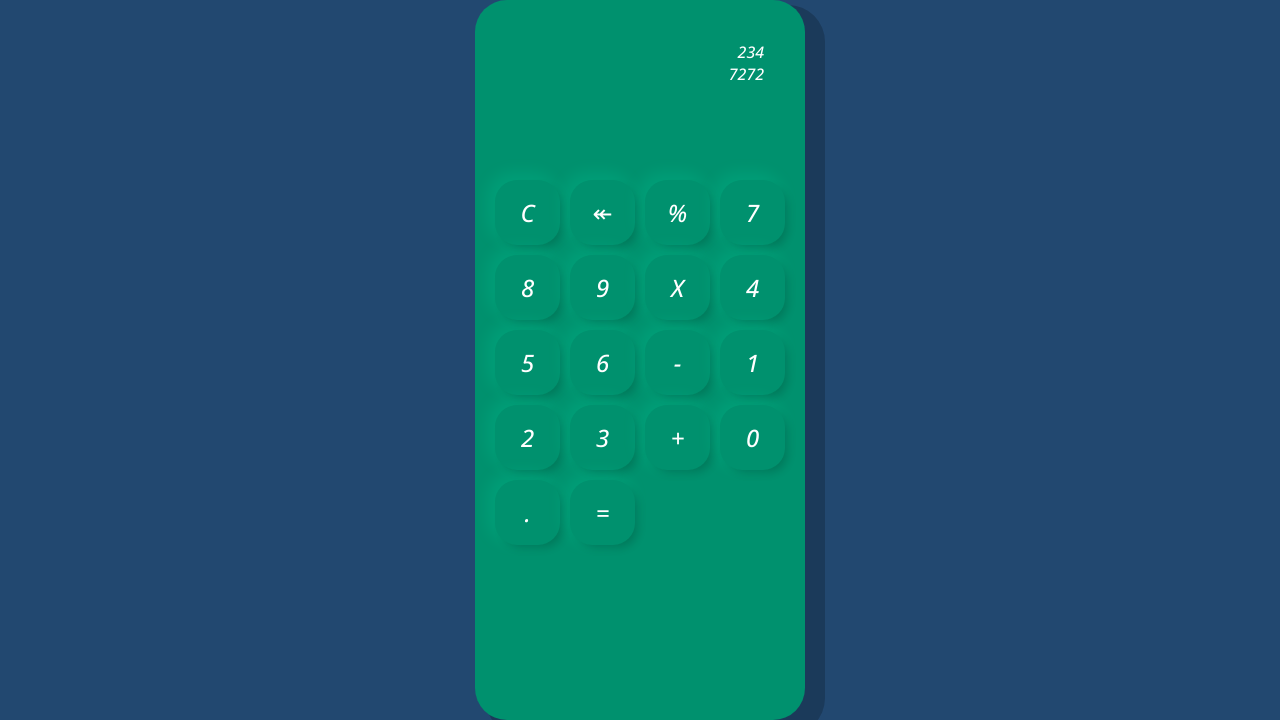
Repository: jhonenmanuel1/javaScript-calculator
Page: src/index.html
An editor plug-in stored every save of this project. The page is shown before and after the next save, followed by the edit.
The browser window is 1280 px wide. The pictures show the whole page.

Above is the page before, as saved 2022-08-02 23:39:12.

After the next save:
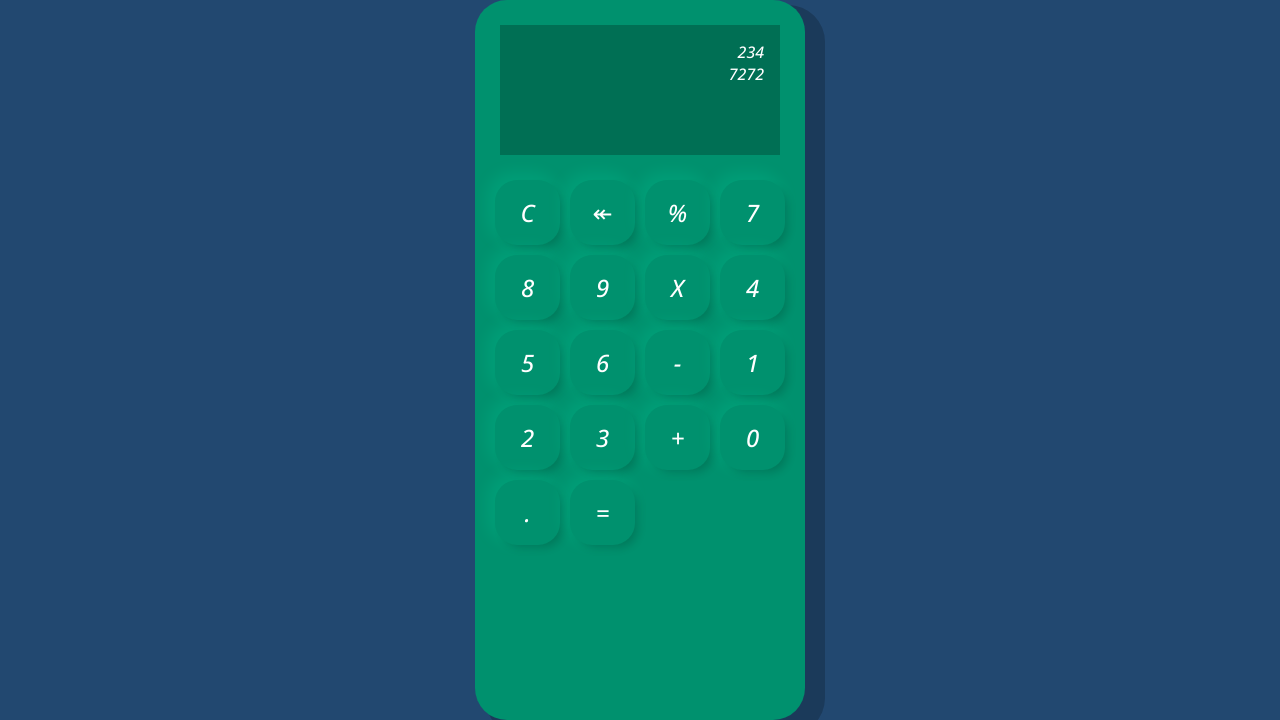
Saved 13 s later.
--- a/src/styles.css
+++ b/src/styles.css
@@ -43,4 +43,5 @@ button:active{
     margin: 10px 10px 20px;
     flex-direction: column;
     align-items: flex-end ;
+    background-color: #006f54;
 }
